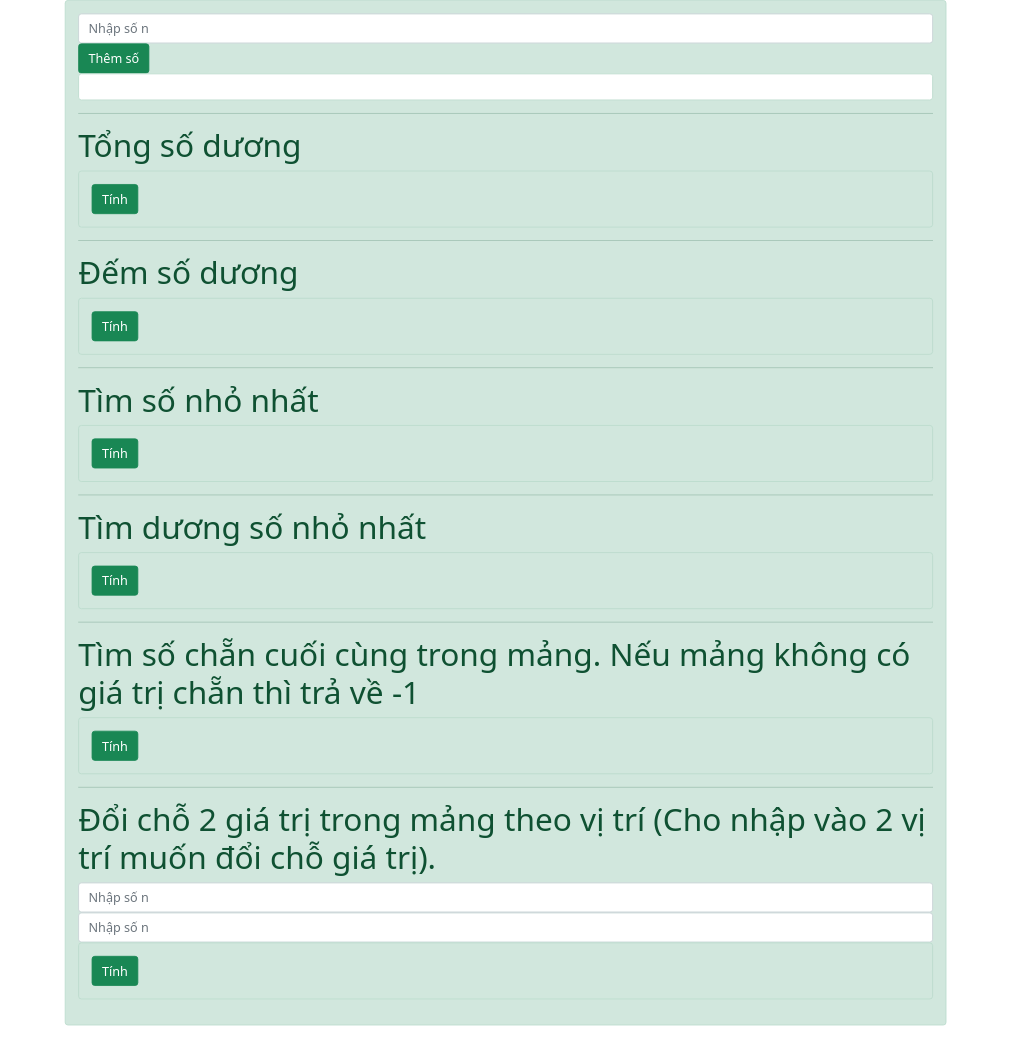
Repository: qkhanh1104k/Js-buoi7-8
Page: index.html
These files come from the project's save history. The page is drawn as it stood at one moment and after the next save; the edit follows.
The browser window is 1280 px wide. The pictures show the whole page, at 79% of full size.

Above is the page before, as saved 2022-07-26 21:47:39.

After the next save:
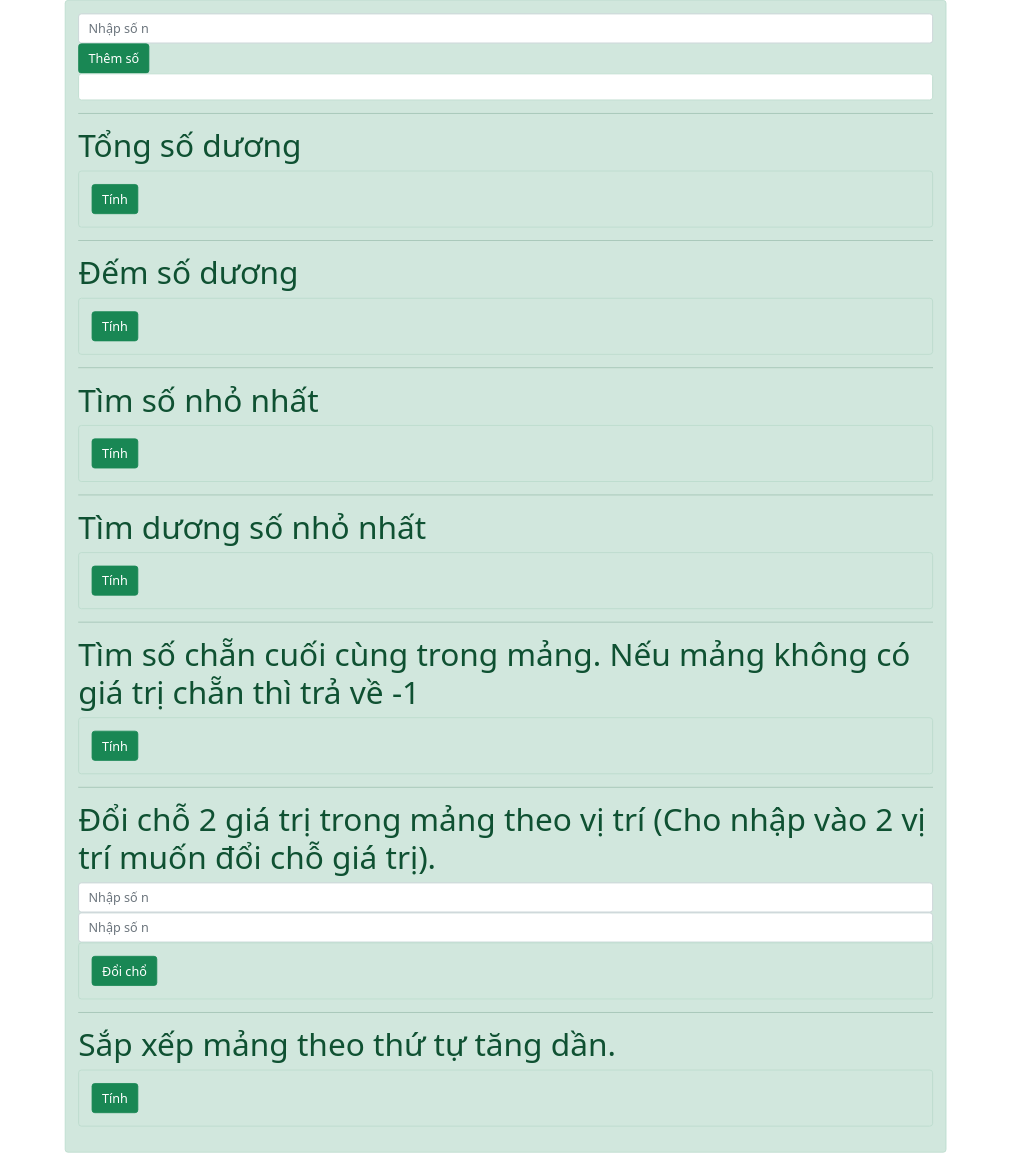
Saved 2 min 47 s later.
--- a/index.html
+++ b/index.html
@@ -23,60 +23,88 @@
             class="form-control"
           />
           <button class="btn btn-success" onclick="addNum()">Thêm số</button>
-          <div class="alert alert-success" id="resultBt1" style="background-color:#fff ;"></div>
-          <hr>
+          <div
+            class="alert alert-success"
+            id="resultBt1"
+            style="background-color: #fff"
+          ></div>
+          <hr />
           <h1>Tổng số dương</h1>
           <div>
             <div class="alert alert-success" id="resBt2">
-              <button class="btn btn-success" onclick="calcSumNegative()">Tính</button>
+              <button class="btn btn-success" onclick="calcSumNegative()">
+                Tính
+              </button>
+            </div>
+          </div>
+          <hr />
+          <h1>Đếm số dương</h1>
+          <div>
+            <div class="alert alert-success" id="resBt3">
+              <button class="btn btn-success" onclick="calcCountNegative()">
+                Tính
+              </button>
+            </div>
+          </div>
+          <hr />
+          <h1>Tìm số nhỏ nhất</h1>
+          <div>
+            <div class="alert alert-success" id="resBt4">
+              <button class="btn btn-success" onclick="calcTheSmallest()">
+                Tính
+              </button>
+            </div>
+          </div>
+          <hr />
+          <h1>Tìm dương số nhỏ nhất</h1>
+          <div>
+            <div class="alert alert-success" id="resBt5">
+              <button class="btn btn-success" onclick="calcTheSmallestNev()">
+                Tính
+              </button>
+            </div>
+          </div>
+          <hr />
+          <h1>
+            Tìm số chẵn cuối cùng trong mảng. Nếu mảng không có giá trị chẵn thì
+            trả về -1
+          </h1>
+          <div>
+            <div class="alert alert-success" id="resBt6">
+              <button class="btn btn-success" onclick="findLastEven()">
+                Tính
+              </button>
+            </div>
+          </div>
+          <hr />
+          <h1>
+            Đổi chỗ 2 giá trị trong mảng theo vị trí (Cho nhập vào 2 vị trí muốn
+            đổi chỗ giá trị).
+          </h1>
+          <div>
+            <input
+              type="text"
+              placeholder="Nhập số n"
+              id="txtNumBt6"
+              class="form-control"
+            />
+            <input
+              type="text"
+              placeholder="Nhập số n"
+              id="txtNumBt62"
+              class="form-control"
+            />
+            <div class="alert alert-success" id="resBt7">
+              <button class="btn btn-success" onclick="swappedNum()">
+                Đổi chổ
+              </button>
             </div>
           </div>
           <hr>
-          <h1>Đếm số dương</h1>
-          <div>
-            <div class="alert alert-success" id="resBt3">
-              <button class="btn btn-success" onclick="calcCountNegative()">Tính</button>
-            </div>
-          </div>
-          <hr>
-          <h1>Tìm số nhỏ nhất</h1>
-          <div>
-            <div class="alert alert-success" id="resBt4">
-              <button class="btn btn-success" onclick="calcTheSmallest()">Tính</button>
-            </div>
-          </div>
-          <hr>
-          <h1>Tìm dương số nhỏ nhất</h1>
-          <div>
-            <div class="alert alert-success" id="resBt5">
-              <button class="btn btn-success" onclick="calcTheSmallestNev()">Tính</button>
-            </div>
-          </div>
-          <hr>
-          <h1>Tìm số chẵn cuối cùng trong mảng. Nếu mảng không có giá trị chẵn thì trả về -1</h1>
+          <h1>Sắp xếp mảng theo thứ tự tăng dần.</h1>
           <div>
             <div class="alert alert-success" id="resBt6">
               <button class="btn btn-success" onclick="findLastEven()">Tính</button>
-            </div>
-          </div>
-          <hr>
-          <h1>Đổi chỗ 2 giá trị trong mảng theo vị trí (Cho nhập vào 2 vị trí muốn đổi chỗ giá trị).
-          </h1>
-          <div>
-            <input
-            type="text"
-            placeholder="Nhập số n"
-            id="txtNumBt6"
-            class="form-control"
-          />
-          <input
-          type="text"
-          placeholder="Nhập số n"
-          id="txtNumBt62"
-          class="form-control"
-        />
-            <div class="alert alert-success" id="resBt7">
-              <button class="btn btn-success" onclick="swappedNum()">Tính</button>
             </div>
           </div>
         </div>
